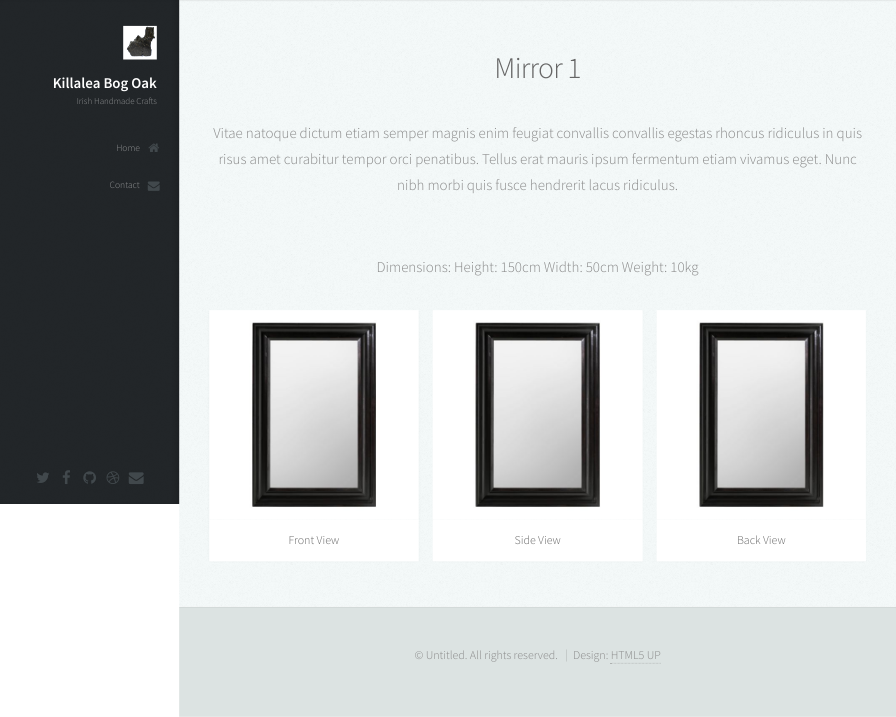
Repository: patrickkillalea/bogoak
Page: workspace/mirrors1.html
The author's editor kept a record of every edit. The page is drawn from the files as they stood at one moment, then again after the next edit.
The browser window is 1280 px wide. The pictures show the whole page, at 70% of full size.

Above is the page before.
Console error: TypeError: Cannot read properties of undefined (reading 'link')

After the next edit:
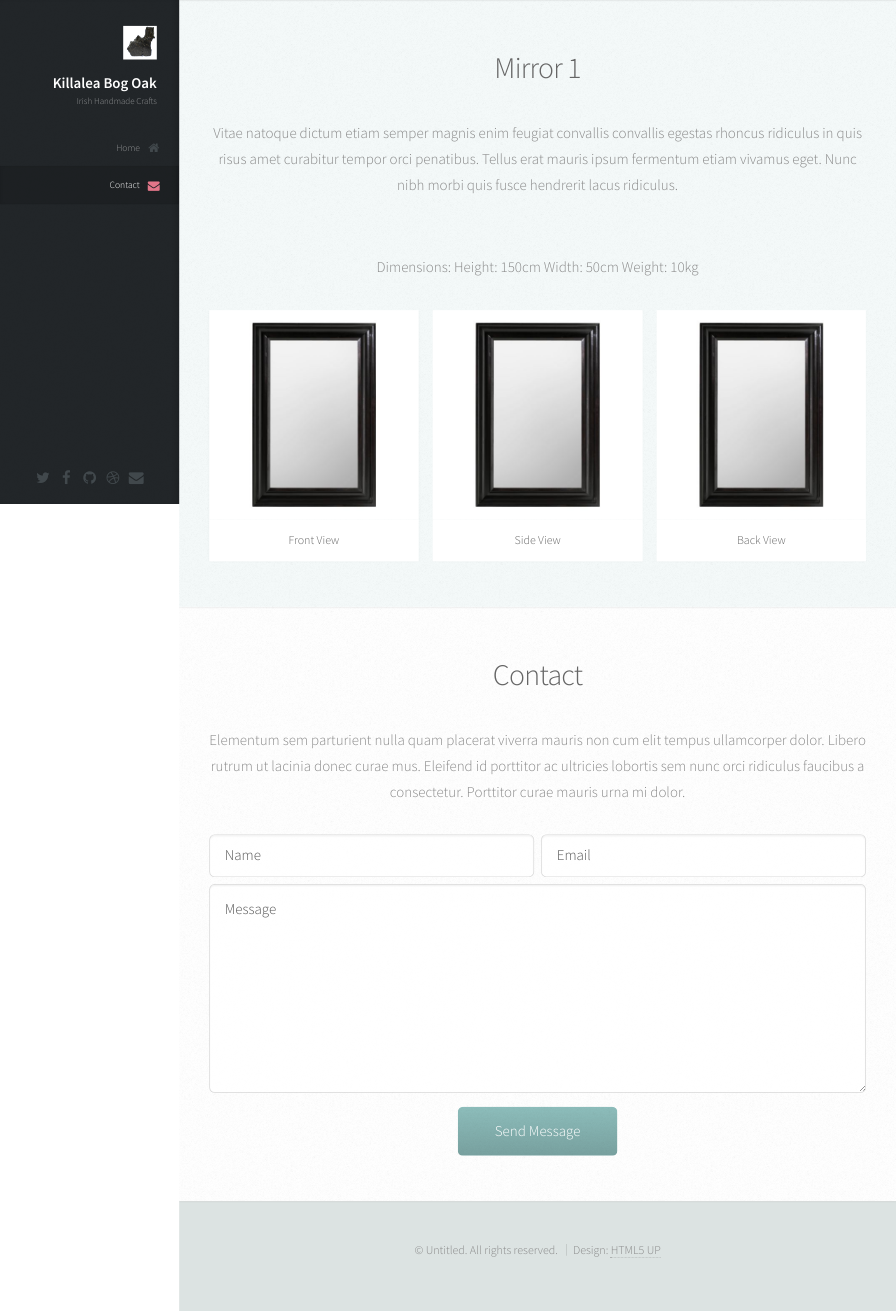
The error is gone.
The edit:
--- a/workspace/mirrors1.html
+++ b/workspace/mirrors1.html
@@ -140,6 +140,40 @@
 			</div>
 		</section>
 
+		<!-- Contact -->
+		<section id="contact" class="seven">
+			<div class="container">
+
+				<header>
+					<h2>Contact</h2>
+				</header>
+
+				<p>Elementum sem parturient nulla quam placerat viverra mauris non cum elit tempus ullamcorper dolor. Libero rutrum ut lacinia donec curae mus. Eleifend id porttitor ac ultricies lobortis sem nunc orci ridiculus faucibus a consectetur. Porttitor curae
+					mauris urna mi dolor.</p>
+
+				<form method="post" action="#">
+					<div class="row 50%">
+						<div class="6u">
+							<input type="text" name="name" placeholder="Name" />
+						</div>
+						<div class="6u">
+							<input type="text" name="email" placeholder="Email" />
+						</div>
+					</div>
+					<div class="row 50%">
+						<div class="12u">
+							<textarea name="message" placeholder="Message"></textarea>
+						</div>
+					</div>
+					<div class="row">
+						<div class="12u">
+							<input type="submit" value="Send Message" />
+						</div>
+					</div>
+				</form>
+
+			</div>
+		</section>
 
 
 	</div>
